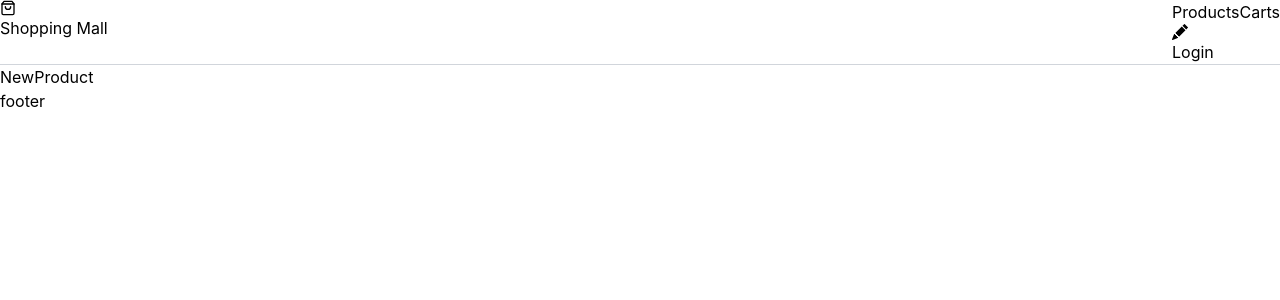
Repository: dnjfht/shopping_mall
Page: /products/new
These files come from the project's save history. The page is drawn as it stood at one moment and after the next save; the edit follows.
The browser window is 1280 px wide. The pictures show the whole page.
The project was rebuilt for these pictures with package versions that can differ from the ones it lists, and the page was loaded fresh each time. Also part of the build but not shown: src/App.css, src/pages/Home.jsx, src/pages/AllProducts.jsx, src/pages/ProductDetail.jsx, src/pages/NotFound.jsx, src/pages/MyCart.jsx.

Above is the page before, as saved 2023-03-05 20:25:02.

### public/index.html
<!DOCTYPE html>
<html lang="en">
  <head>
    <meta charset="utf-8" />
    <link rel="icon" href="%PUBLIC_URL%/favicon.ico" />
    <meta name="viewport" content="width=device-width, initial-scale=1" />
    <meta name="theme-color" content="#000000" />
    <meta
      name="description"
      content="Web site created using create-react-app"
    />
    <link rel="apple-touch-icon" href="%PUBLIC_URL%/logo192.png" />
    <!--
      manifest.json provides metadata used when your web app is installed on a
      user's mobile device or desktop. See https://developers.google.com/web/fundamentals/web-app-manifest/
    -->
    <link rel="manifest" href="%PUBLIC_URL%/manifest.json" />
    <!--
      Notice the use of %PUBLIC_URL% in the tags above.
      It will be replaced with the URL of the `public` folder during the build.
      Only files inside the `public` folder can be referenced from the HTML.

      Unlike "/favicon.ico" or "favicon.ico", "%PUBLIC_URL%/favicon.ico" will
      work correctly both with client-side routing and a non-root public URL.
      Learn how to configure a non-root public URL by running `npm run build`.
    -->
    <title>Shopping Mall</title>
  </head>
  <body>
    <noscript>You need to enable JavaScript to run this app.</noscript>
    <div id="root"></div>
    <!--
      This HTML file is a template.
      If you open it directly in the browser, you will see an empty page.

      You can add webfonts, meta tags, or analytics to this file.
      The build step will place the bundled scripts into the <body> tag.

      To begin the development, run `npm start` or `yarn start`.
      To create a production bundle, use `npm run build` or `yarn build`.
    -->
  </body>
</html>

### src/index.js
import React from "react";
import ReactDOM from "react-dom/client";
import "./index.css";
import App from "./App";
import reportWebVitals from "./reportWebVitals";

import { createBrowserRouter, RouterProvider } from "react-router-dom";
import Home from "./pages/Home";
import AllProducts from "./pages/AllProducts";
import NewProduct from "./pages/NewProduct";
import ProductDetail from "./pages/ProductDetail";
import NotFound from "./pages/NotFound";
import MyCart from "./pages/MyCart";

const router = createBrowserRouter([
  {
    path: "/",
    element: <App />,
    errorElement: <NotFound />,
    children: [
      { index: true, path: "/", element: <Home /> },
      { path: "/products", element: <AllProducts /> },
      {
        path: "/products/new",
        element: <NewProduct />,
      },
      {
        path: "/products/:id",
        element: <ProductDetail />,
      },
      {
        path: "/carts",
        element: <MyCart />,
      },
    ],
  },
]);

const root = ReactDOM.createRoot(document.getElementById("root"));
root.render(
  <React.StrictMode>
    <RouterProvider router={router} />
  </React.StrictMode>
);

// If you want to start measuring performance in your app, pass a function
// to log results (for example: reportWebVitals(console.log))
// or send to an analytics endpoint. Learn more: https://bit.ly/CRA-vitals
reportWebVitals();

### src/index.css
@tailwind base;
@tailwind components;
@tailwind utilities;

body {
  margin: 0;
  font-family: -apple-system, BlinkMacSystemFont, "Segoe UI", "Roboto", "Oxygen",
    "Ubuntu", "Cantarell", "Fira Sans", "Droid Sans", "Helvetica Neue",
    sans-serif;
  -webkit-font-smoothing: antialiased;
  -moz-osx-font-smoothing: grayscale;
  @apply flex flex-col items-center;
}

#root {
  @apply w-full max-w-screen-2xl;
}

code {
  font-family: source-code-pro, Menlo, Monaco, Consolas, "Courier New",
    monospace;
}

### src/App.js
import "./App.css";
import Header from "./components/Header";
import Footer from "./components/Footer";
import { Outlet } from "react-router-dom";

function App() {
  return (
    <div>
      <Header />
      <Outlet />
      <Footer />
    </div>
  );
}

export default App;

### src/pages/NewProduct.jsx
import React from "react";

export default function NewProduct() {
  return <div>NewProduct</div>;
}

### src/components/Header.jsx
import React from "react";
import { Link } from "react-router-dom";
import { FiShoppingBag } from "react-icons/fi";
import { BsFillPencilFill } from "react-icons/bs";

export default function Header() {
  return (
    <header className="flex justify-between border-b border-gray-300">
      <Link to="/">
        <FiShoppingBag />
        <h1>Shopping Mall</h1>
      </Link>
      <nav>
        <Link to="/products">Products</Link>
        <Link to="/carts">Carts</Link>
        <Link to="/products/new">
          <BsFillPencilFill />
        </Link>
        <button>Login</button>
      </nav>
    </header>
  );
}

### src/components/Footer.jsx
import React from "react";

export default function Footer() {
  return <div>footer</div>;
}

### tailwind.config.js
/** @type {import('tailwindcss').Config} */
module.exports = {
  content: ["./src/**/*.{js,jsx}"],
  theme: {
    extend: {
      colors: {
        brand: "#F96162",
      },
    },
  },
  plugins: [],
};

Loaded but not shown: src/reportWebVitals.js (common file)

After the next save:
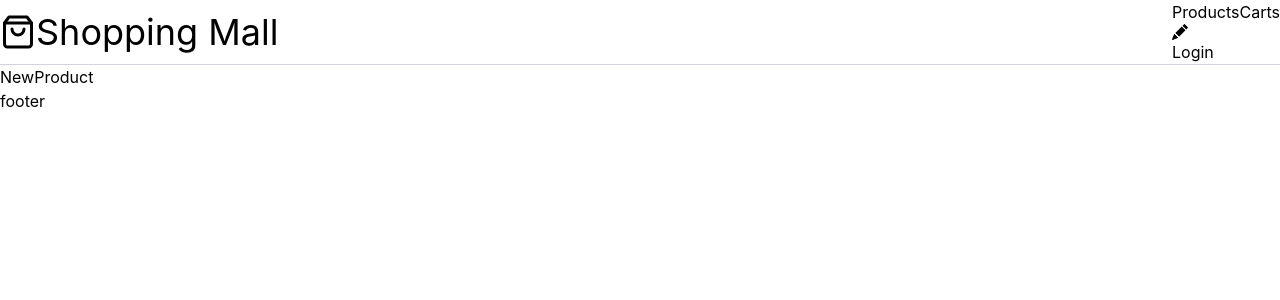
Saved 25 min 24 s later.
--- a/src/components/Header.jsx
+++ b/src/components/Header.jsx
@@ -6,7 +6,7 @@ import { BsFillPencilFill } from "react-icons/bs";
 export default function Header() {
   return (
     <header className="flex justify-between border-b border-gray-300">
-      <Link to="/">
+      <Link to="/" className="flex items-center text-4xl">
         <FiShoppingBag />
         <h1>Shopping Mall</h1>
       </Link>
